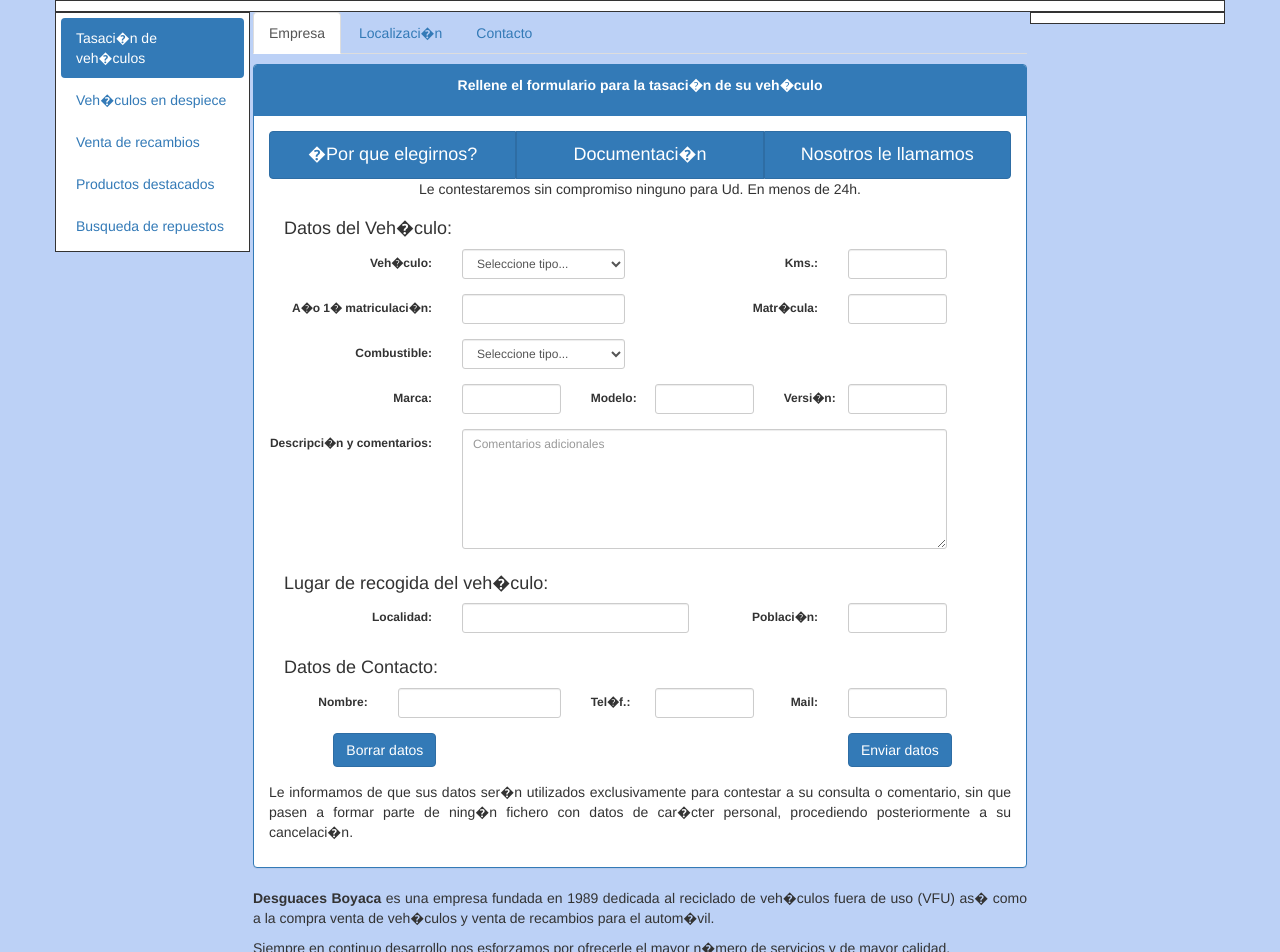
Repository: surrius/pruBoyaca
Page: http://localhost/
An editor plug-in stored every save of this project. The page is shown before and after the next save, followed by the edit.
The browser window is 1280 px wide. The pictures show the part of the page from y = 0 to 952 px (the page is 2669 px tall before and 2739 px after).
The page is run by PHP 8.4 with error messages shown; the project is at /var/www/html/.

Above is the page before, as saved 2016-03-02 11:37:48.

### Boyaca/index.php
<!DOCTYPE html>
<html lang="es">
  <head>
<!-- 	<meta http-equiv="Content-Type" content="text/html"; charset=utf-8"/>  -->
	<meta content="text/html; charset=iso-8859-1" http-equiv=Content-Type>
    <meta http-equiv="X-UA-Compatible" content="IE=edge">
    <meta name="viewport" content="width=device-width, initial-scale=1">
    <title>Autodesguaces Boyaca</title>

    <!-- Bootstrap -->
    <link href="bootstrap/css/bootstrap.min.css" rel="stylesheet">
    <link href="css/boyaca_css.css" rel="stylesheet">
    <link type="text/css" rel="stylesheet" href="css/font-awesome.min.css"/>
    <!-- jQuery (necessary for Bootstrap's JavaScript plugins) -->
    <script src="js/jquery-1.12.0.min.js"></script>
    <!-- Include all compiled plugins (below), or include individual files as needed -->
    <script src="bootstrap/js/bootstrap.min.js"></script>

    <!-- HTML5 Shim and Respond.js IE8 support of HTML5 elements and media queries -->
    <!-- WARNING: Respond.js doesn't work if you view the page via file:// -->
    <!--[if lt IE 9]>
      <script src="https://oss.maxcdn.com/libs/html5shiv/3.7.0/html5shiv.js"></script>
      <script src="https://oss.maxcdn.com/libs/respond.js/1.4.2/respond.min.js"></script>
    <![endif]-->
  </head>
  <body>
  	<div class="container">
  		<!-- Cabecera -->
  		<?php include "includes/main/head.php" ?>

      <!-- Parte central de interaccion con el MENU1 y el MENU2 -->
      <?php include "includes/main/central.php" ?>

      <!-- Pie de pÃ¡gina -->
      <?php include "includes/main/footer.php" ?>
  	</div>
  </body>
</html>

### Boyaca/includes/main/head.php
<!-- DIV contenedor de la cabecera -->

<div class="row prueba">

</div>

### Boyaca/includes/main/central.php

<!-- DIV contenedor de la informaciÃ³n seleccionada por el usuario desde el MENU1 y el MENU2 -->

<div class="row">
	<!-- Botonera del MENU 1 -->
	<div class="col-sm-2 prueba">
		<ul class="nav nav-pills nav-stacked">
			<li role="presentation" class="active"><a href="#">Tasación de vehículos</a></li>
			<li role="presentation"><a href="#">Vehículos en despiece</a></li>
			<li role="presentation"><a href="#">Venta de recambios</a></li>
			<li role="presentation"><a href="#">Productos destacados</a></li>
			<li role="presentation"><a href="#">Busqueda de repuestos</a></li>
		</ul>
	</div>

	<!-- div que recibirÃ¡ las pantallas segun la opcion de los MENUS que se pulse -->
	<div id="central" class="col-sm-8 menu-central">
		<ul class="nav nav-tabs">
			<li role="presentation" class="active">
				<a href="#">Empresa</a>
			</li>
			<li role="presentation">
				<a href="#">Localización</a>
			</li>
			<li role="presentation">
				<a href="#">Contacto</a>
			</li>
		</ul>

		<!-- Div donde se cargarÃ¡n todas las pantallas del MENU 2 -->
		<div id="cargaMenu2" class="carga-menu2">
			<!-- QUitar --> <?php include "includes/menu2/tasacion.php" ?>
			<!-- QUitar --> <?php include "includes/menu2/inicio.php" ?>
			<!-- QUitar --> <?php include "includes/menu2/localizacion.php" ?>
			<!-- QUitar --> <?php include "includes/menu2/contacto.php" ?>
		</div>
	</div>

	<!-- Area de Noticias y sellos autorizados -->
	<div class="col-sm-2 prueba">

	</div>
</div>

### Boyaca/includes/menu2/tasacion.php
<div class="panel panel-primary">
	<div class="panel-heading">
		<p class="text-center">
			<strong>Rellene el formulario para la tasación de su vehículo</strong>
		</p>
	</div>
	<div class="panel-body">
		<!-- Botones de ayuda tasaciones -->
		<div class="btn-group btn-group-justified">
			<div class="btn-group">
				<button id="botTasPorque" class="btn btn-primary bot-tasacion">¿Por que elegirnos?</button>
			</div>
			<div class="btn-group">
				<button id="botTasDocu" class="btn btn-primary bot-tasacion">Documentación</button>
			</div>
			<div class="btn-group">
				<button id="botTasCall" class="btn btn-primary bot-tasacion">Nosotros le llamamos</button>
			</div>
		</div>

		<p class="text-center">
			Le contestaremos sin compromiso ninguno para Ud. En menos de 24h.
		</p>
		<h4 class="col-sm-12">Datos del Vehículo:</h4>
		<form id="datosTasacion" class="form-horizontal">
			<div class="form-group form-group-sm">
			<!-- Tipo de Vehículo -->
				<label for="inputVehiculo" class="col-sm-3 control-label">Vehículo:</label>
				<div class="col-sm-3">
					<select id="inputVehiculo" class="form-control">
						<option value="00">Seleccione tipo...</option>
						<option value="01">Coche</option>
						<option value="02">Furgoneta</option>
						<option value="03">Moto</option>
					</select>
				</div>
			<!-- Kilometros -->
				<label for="kilometros" class="col-sm-1  col-md-offset-2 control-label">Kms.:</label>
				<div class="col-sm-2">
					<input type="text" class="form-control" id="kilometros" placeholder="">
				</div>
			</div>

			<!-- Año Matriculación -->
			<div class="form-group form-group-sm">
				<label for="anyoMatricula" class="col-sm-3 control-label">Año 1ª matriculación:</label>
				<div class="col-sm-3">
					<input type="text" class="form-control" id="anyoMatricula" placeholder="">
				</div>
			<!-- Matricula -->
				<label for="matricula" class="col-sm-3 control-label">Matrícula:</label>
				<div class="col-sm-2">
					<input type="text" class="form-control" id="matricula" placeholder="">
				</div>
			</div>

			<!-- Combustible -->
			<div class="form-group form-group-sm">
				<label for="inputCombustible" class="col-sm-3 control-label">Combustible:</label>
				<div class="col-sm-3">
					<select id="inputCombustible" class="form-control">
						<option value="00">Seleccione tipo...</option>
						<option value="01">Gasolina</option>
						<option value="02">Diesel</option>
						<option value="03">Híbrido</option>
					</select>
				</div>
			</div>

			<!-- Datos del vehículo -->
			<div class="form-group form-group-sm">
			<!-- Marca -->
				<label for="inputMarca" class="col-sm-3 control-label">Marca:</label>
				<div class="col-sm-2">
					<input type="text" class="form-control" id="inputMarca" placeholder="">
				</div>
			<!-- Modelo -->
				<label for="inputModelo" class="col-sm-1 control-label">Modelo:</label>
				<div class="col-sm-2">
					<input type="text" class="form-control" id="inputModelo" placeholder="">
				</div>
			<!-- Version -->
				<label for="inputVersion" class="col-sm-1 control-label">Versión:</label>
				<div class="col-sm-2">
					<input type="text" class="form-control" id="inputVersion" placeholder="">
				</div>
			</div>

			<!-- Descripción y comentarios -->
			<div class="form-group form-group-sm">
				<label for="inputDescripcion" class="col-sm-3 control-label">Descripción y comentarios:</label>
				<div class="col-sm-8">
					<textarea class="form-control" id="inputDescripcion" rows="6" placeholder="Comentarios adicionales"></textarea>
				</div>
			</div>

			<!-- Lugar de recogida -->
			<h4 class="col-sm-12">Lugar de recogida del vehículo:</h4>
			<div class="form-group form-group-sm">
			<!-- Localidad -->
				<label for="inputLocalidad" class="col-sm-3 control-label">Localidad:</label>
				<div class="col-sm-4">
					<input type="text" class="form-control" id="inputLocalidad" placeholder="">
				</div>
			<!-- Población -->
				<label for="inputPoblacion" class="col-sm-2 control-label">Población:</label>
				<div class="col-sm-2">
					<input type="text" class="form-control" id="inputPoblacion" placeholder="">
				</div>
			</div>

			<!-- Datos de Contacto -->
			<h4 class="col-sm-12">Datos de Contacto:</h4>
			<div class="form-group form-group-sm">
			<!-- Marca -->
				<label for="inputMarca" class="col-sm-2 control-label">Nombre:</label>
				<div class="col-sm-3">
					<input type="text" class="form-control" id="inputMarca" placeholder="">
				</div>
			<!-- Modelo -->
				<label for="inputModelo" class="col-sm-1 control-label">Teléf.:</label>
				<div class="col-sm-2">
					<input type="text" class="form-control" id="inputModelo" placeholder="">
				</div>
			<!-- Version -->
				<label for="inputVersion" class="col-sm-1 control-label">Mail:</label>
				<div class="col-sm-2">
					<input type="text" class="form-control" id="inputVersion" placeholder="">
				</div>
			</div>

			<!-- Boton Limpiar formulario -->
			<div class="form-group form-group-sm">
				<div class="col-sm-3 col-md-offset-1">
					<button id="botTasaLimpiar" type="submit" class="btn btn-primary">Borrar datos</button>
				</div>
			<!-- Boton de envio de datos -->
				<div class="col-sm-3 col-md-offset-5">
					<button id="botTasaEnviar" type="submit" class="btn btn-primary">Enviar datos</button>
				</div>
			</div>
			<p class="text-justify">
				Le informamos de que sus datos serán utilizados exclusivamente para contestar a su consulta o comentario, sin que pasen a formar parte de ningún
				fichero con datos de carácter personal, procediendo posteriormente a su cancelación.
			</p>
		</form>
	</div>
</div>

### Boyaca/includes/menu2/inicio.php
<!--
/* **************************************************************** */
/* **************************************************************** */
/*				Codigo HTML de la pagina de Inicio					*/
/* **************************************************************** */
/* **************************************************************** */
-->
<div class="margenes">
	<p class="text-justify">
		<strong>Desguaces Boyaca</strong> es una empresa fundada en 1989 dedicada al reciclado de vehículos fuera de uso (VFU) así como a la compra venta de
		vehículos y venta de recambios para el automóvil.
	</p>
	<p class="text-justify">
		Siempre en continuo desarrollo nos esforzamos por ofrecerle el mayor número de servicios y de mayor calidad.
	</p>
	<p class="text-justify">
		Compramos su vehículo siniestrado o averiado. Nosotros nos ocupamos de todo: grua, baja de tráfico, transferencia etc... y sin
		ningún coste para usted.
	</p>
	<p class="text-justify">
		Más de 15.000 recambios en stock, todos revisados y garantizados.
	</p>
</div>

<div class="embed-responsive embed-responsive-16by9">
  	<iframe class="embed-responsive-item" src="https://www.youtube.com/embed/ho7oXw0vpfE"></iframe>
</div>

### Boyaca/includes/menu2/localizacion.php
<!--
/* **************************************************************** */
/* **************************************************************** */
/*				Codigo HTML de la pagina de Localizacion			*/
/* **************************************************************** */
/* **************************************************************** */
-->

<div class="margenes">
	<p class="text-justify">
		<strong>Nota:</strong> Inicie sesión en Google si desea interactuar con la ubicación de su casa, trabajo u otros sitios e
		información que tenga guardados.
	</p>
</div>

<div class="embed-responsive embed-responsive-16by9">
	<iframe src="https://www.google.com/maps/embed?pb=!1m14!1m8!1m3!1d97476.31931069591!2d-3.638363!3d40.228301!3m2!1i1024!2i768!4f13.1!3m3!1m2!1s0x0%3A0x76fb7586fd66fec5!2sDesguaces+Boyac%C3%A1!5e0!3m2!1ses!2sus!4v1454864953410" width="600" height="450" frameborder="0" style="border:0" allowfullscreen></iframe>
</div>

### Boyaca/includes/menu2/contacto.php
<div class="panel panel-primary">
	<div class="panel-heading">
		<p class="text-center"><strong>Rellene el formulario para contactar con nosotros</strong></p>
	</div>
	<div class="panel-body">
		<p class="text-justify">
			Puede contactar con nosotros rellenado el siguiente formulario o en la dirección info@desguacesboyaca.es.
		</p>
		<form id="datosContacto" class="form-horizontal">
			<!-- Nombre y apellidos -->
			<div class="form-group">
				<label for="inputNombre" class="col-sm-3 control-label">Nombre y apellidos</label>
				<div class="col-sm-8">
					<input type="text" class="form-control" id="inputNombre" placeholder="Nombre y apellidos">
				</div>
			</div>
			<!-- DirecciÃ³n -->
			<div class="form-group">
				<label for="inputDireccion" class="col-sm-3 control-label">Dirección</label>
				<div class="col-sm-8">
					<input type="text" class="form-control" id="inputDireccion" placeholder="Dirección">
				</div>
			</div>
			<!-- TelÃ©fono -->
			<div class="form-group">
				<label for="inputTelefono" class="col-sm-3 control-label">Teléfono</label>
				<div class="col-sm-8">
					<input type="email" class="form-control" id="inputTelefono" placeholder="Teléfono">
				</div>
			</div>
			<!-- Email -->
			<div class="form-group">
				<label for="inputEmail" class="col-sm-3 control-label">Email</label>
				<div class="col-sm-8">
					<input type="email" class="form-control" id="inputEmail" placeholder="Email">
				</div>
			</div>
			<!-- Consulta -->
			<div class="form-group">
				<label for="inputConsulta" class="col-sm-3 control-label">Consulta</label>
				<div class="col-sm-8">
					<textarea class="form-control" id="inputConsulta" rows="4" placeholder="Consulta"></textarea>
				</div>
			</div>
			<!-- Boton de envio de datos -->
			<div class="form-group">
				<div class="col-sm-3 pull-right">
					<button type="submit" class="btn btn-primary">Enviar datos</button>
				</div>
			</div>
			<p class="text-justify">
				Le informamos de que sus datos serán utilizados exclusivamente para contestar a su consulta o comentario, sin que pasen a formar parte de ningún
				fichero con datos de carácter personal, procediendo posteriormente a su cancelación.
			</p>
		</form>
	</div>
</div>

### Boyaca/includes/main/footer.php
<!-- DIV contenedor de el pie de página -->

<div class="row well">
	<footer class="footer">
		<p class="text-center">
			<span class="glyphicon glyphicon-globe" aria-hidden="true"></span>
			www.desguacesboyaca.es
		</p>
		<h6>
			<p class="text-center">Tramitar la baja de un coche | Desguaces en Madrid | Vender coche siniestrado</p>
		</h6>
	</footer>
</div>

### Boyaca/css/boyaca_css.css
/* **************************************************************** */
/* **************************************************************** */
/*  CSS con las clases externas a bootstrap usadas para el diseÃ±o   */
/*  de la pÃ¡gina web.												*/
/* **************************************************************** */
/* **************************************************************** */
/*//// QUITAR //////*/
.prueba {
  border: 1px;
  border-style: solid;
  padding: 5px;
  background-color: white;
}

/* **************************************************************** */


/* 					        Clases CSS sobre etiquetas html 				        */
/* **************************************************************** */

body {
  background-color: #bcd1f6;
}

/*          		           Nuevas clases CSS 							          */
/* **************************************************************** */

.menu-central {
	padding-left: 3px;
	padding-right: 3px;
}

.carga-menu2 {
	padding-bottom: 10px;
    padding-top: 10px;
}

.margenes {
	margin-bottom: 20px;
}

/* ************************ Pantalla de tasacion ************************ */
/* Animacion de los botones superiores de la pantalla de tasación - INI */
.bot-tasacion {
/* 	border: none; */
/* 	background: #3a7999; */
/* 	color: #f2f2f2; */
/* 	padding: 10px; */
	font-size: 18px;
/* 	border-radius: 5px; */
	position: relative;
	box-sizing: border-box;
	transition: all 500ms ease;
	padding: 10px 35px;
	overflow:hidden;
}

/* Botón Porque */
#botTasPorque.bot-tasacion:before {
	font-family: FontAwesome;
	content:"\f059";
	position: absolute;
	top: 11px;
	left: -30px;
	transition: all 200ms ease;
}

#botTasPorque.bot-tasacion:hover:before {
	left: 7px;
}

/* Botón Documentacion */
#botTasDocu.bot-tasacion:before {
	font-family: FontAwesome;
	content:"\f0f6";
	position: absolute;
	top: 11px;
	left: -30px;
	transition: all 200ms ease;
}

#botTasDocu.bot-tasacion:hover:before {
	left: 7px;
}

/* Botón Nosotros le llamamos */
#botTasCall.bot-tasacion:before {
	font-family: FontAwesome;
	content:"\f095";
	position: absolute;
	top: 11px;
	left: -30px;
	transition: all 200ms ease;
}

#botTasCall.bot-tasacion:hover:before {
	left: 7px;
}
/* Animacion de los botones superiores de la pantalla de tasación - FIN */
/* ******************************************************************** */

Loaded but not shown: Boyaca/bootstrap/css/bootstrap.min.css (library); Boyaca/css/font-awesome.min.css (library); Boyaca/js/jquery-1.12.0.min.js (library); Boyaca/bootstrap/js/bootstrap.min.js (library)

After the next save:
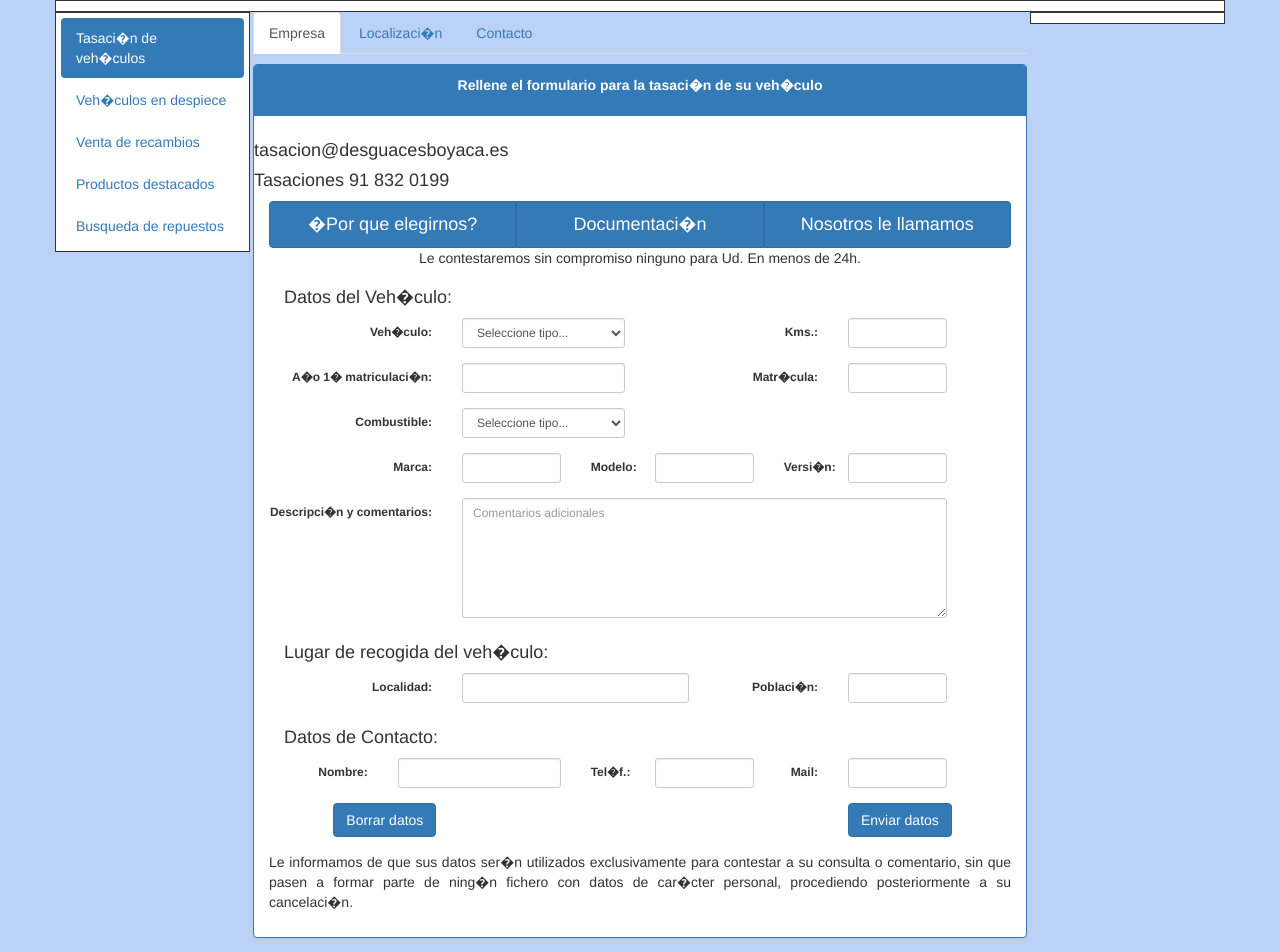
Saved 6 min 19 s later.
--- a/Boyaca/includes/menu2/tasacion.php
+++ b/Boyaca/includes/menu2/tasacion.php
@@ -5,6 +5,11 @@
 		</p>
 	</div>
 	<div class="panel-body">
+		<div class="row">
+			<h4>tasacion@desguacesboyaca.es</h4>
+			<h4>Tasaciones 91 832 0199</h4>
+		</div>
+
 		<!-- Botones de ayuda tasaciones -->
 		<div class="btn-group btn-group-justified">
 			<div class="btn-group">
